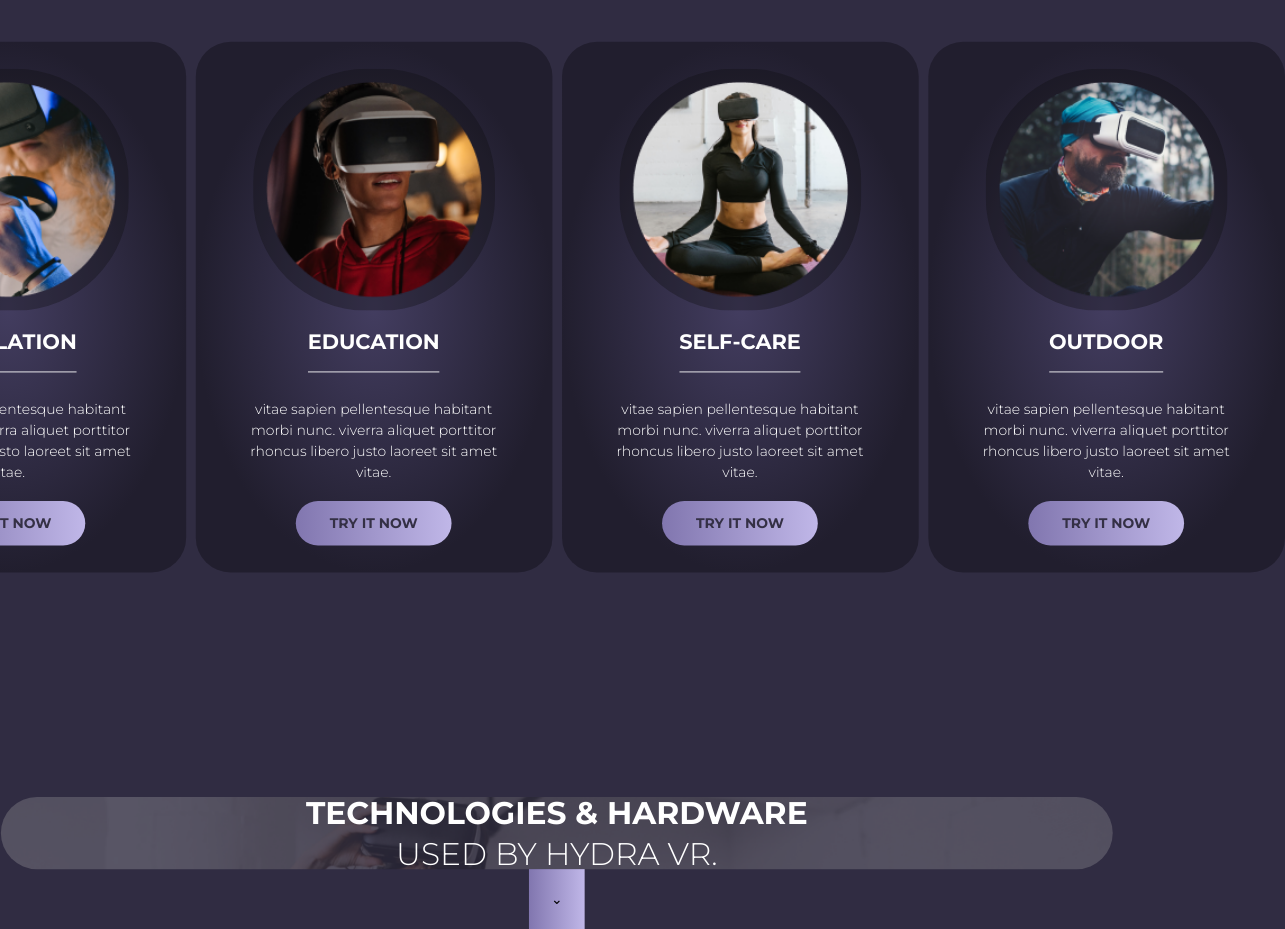
Repository: xMargi/Hydra-LandingPage
Page: index.html
An editor plug-in stored every save of this project. The page is shown before and after the next save, followed by the edit.
The browser window is 1280 px wide. The page is 1477 px wide, so the pictures cover 1477 px, including what lies to the right of the window. The pictures show the whole page, at 87% of full size.

Above is the page before, as saved 2023-06-07 21:04:21.

After the next save:
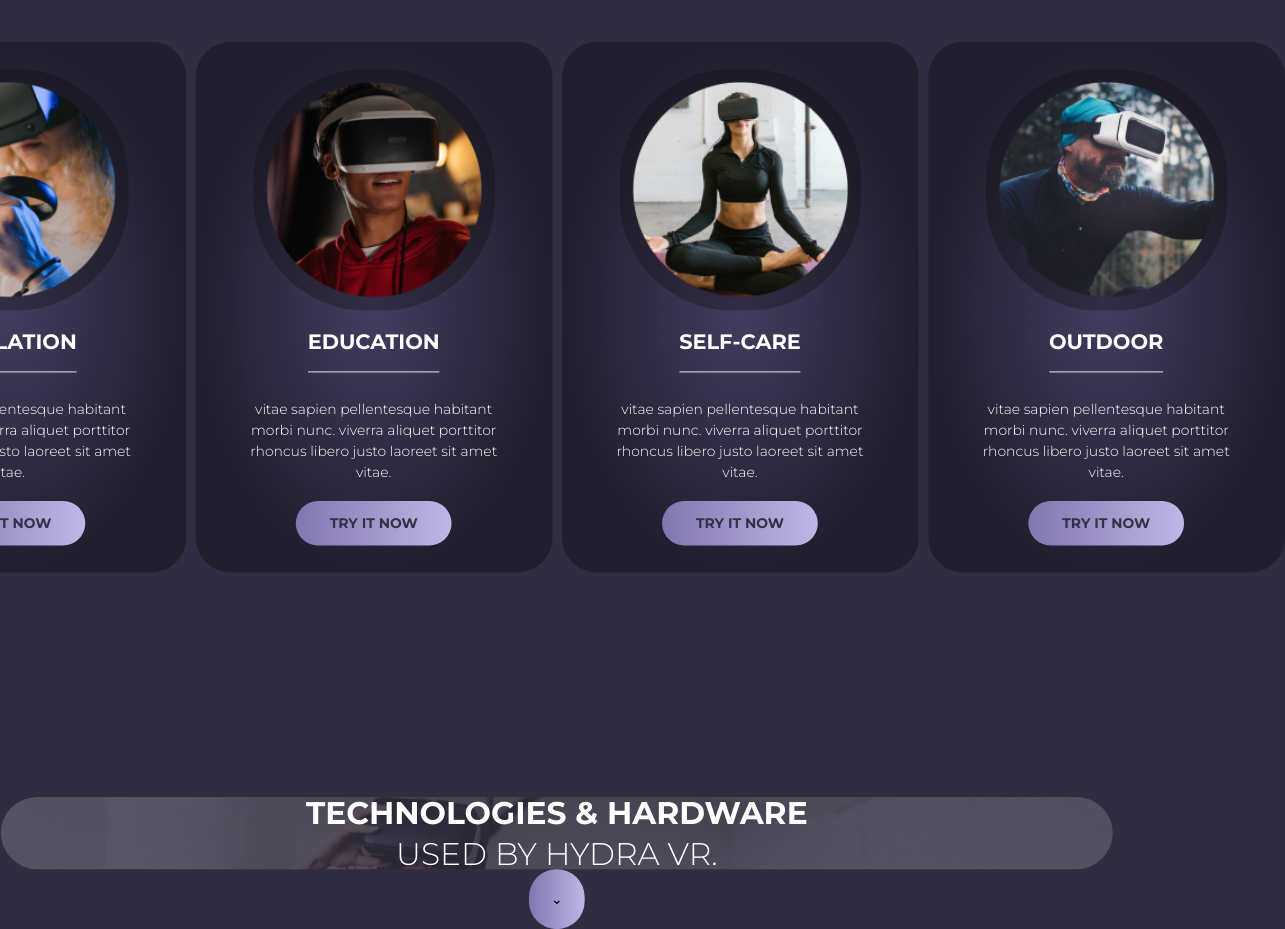
Saved 69 s later.
--- a/style.css
+++ b/style.css
@@ -129,6 +129,6 @@ body{
 
     background: var(--cor-button);
     padding: 1.5625rem;
-    border-radius
+    border-radius: 2.5rem;
 
 }
